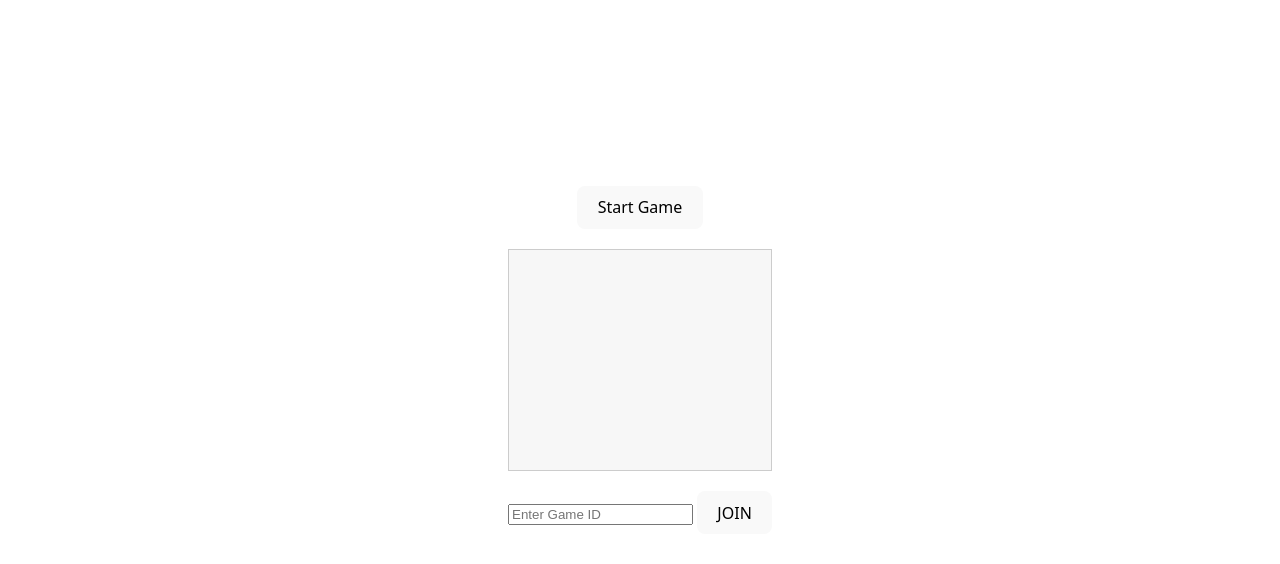
Repository: Sadotib/cloud-games
Page: / (app in client/)
The author's editor kept a copy of each file at every save. The page is drawn from the files as they stood at one save, then again after the next save.
The browser window is 1280 px wide. The pictures show the whole page.
The project was rebuilt for these pictures with package versions that can differ from the ones it lists, and the page was loaded fresh each time. Also part of the build but not shown: client/vite.config.js.

Above is the page before, as saved 2025-12-05 22:50:51.

After the next save:
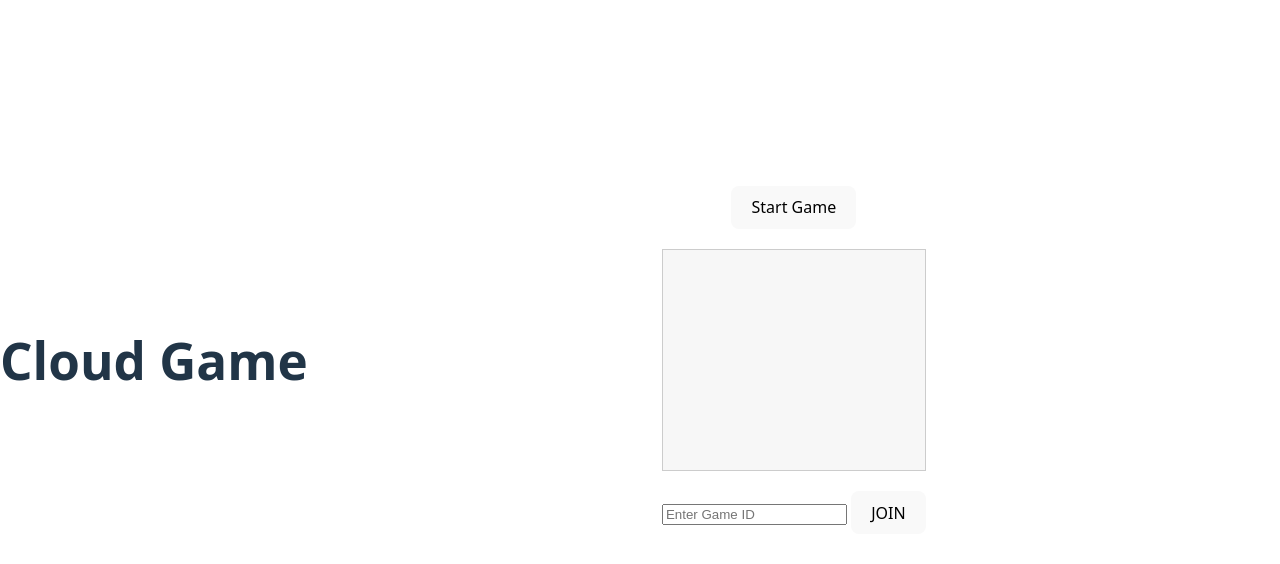
Saved 2 min 11 s later.
--- a/client/index.html
+++ b/client/index.html
@@ -6,6 +6,7 @@
     <title>cloud game</title>
   </head>
   <body>
+    <h1>Cloud Game</h1>
     <div id="app"></div>
     <script type="module" src="src/main.js"></script>
   </body>

After the 3 saves that followed:
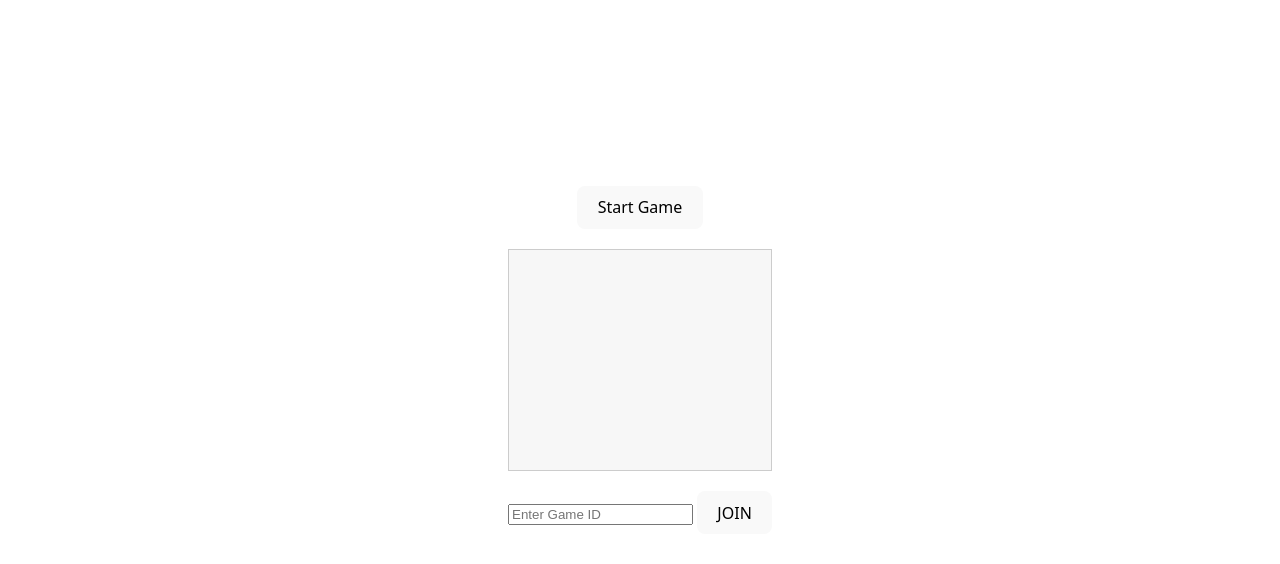
The 3 saves are shown as one change because 2 left the picture as it was.
The last was saved 100 s later.
--- a/client/index.html
+++ b/client/index.html
@@ -6,7 +6,7 @@
     <title>cloud game</title>
   </head>
   <body>
-    <h1>Cloud Game</h1>
+    <!-- <h1>Cloud Game</h1> -->
     <div id="app"></div>
     <script type="module" src="src/main.js"></script>
   </body>
--- a/client/src/ui.js
+++ b/client/src/ui.js
@@ -1,8 +1,7 @@
 import { quitGame } from './api/quitgame.js'
 
 export function showGameScreen(gameId, playerId) {
-    const appDiv = document.getElementById("app");
-    appDiv.innerHTML = `
+    document.querySelector('#app').innerHTML = `
         <div>
             <h2>Game ID: ${gameId}</h2>
             <h3>Player ID: ${playerId}</h3>
@@ -12,3 +11,34 @@ export function showGameScreen(gameId, playerId) {
     `;
     quitGame();
 }
+
+export function showHomeScreen() {
+    document.querySelector('#app').innerHTML = `
+      <div>
+          <button id="startBtn">Start Game</button>
+
+
+          <pre id="log" style="
+            margin-top:20px;
+            border:1px solid #ccc;
+            padding:10px;
+            height:200px;
+            overflow-y:auto;
+            background:#f7f7f7;
+            color: grey;
+            text-align: left;
+          ">
+          </pre>
+
+          <div style="margin-top:20px;">
+            <input id="gameIdInput" placeholder="Enter Game ID" />
+            <button id="joinBtn">JOIN</button>
+          </div>
+
+        </div>
+      `
+
+    startNewGame()
+
+    joinGame()
+}
